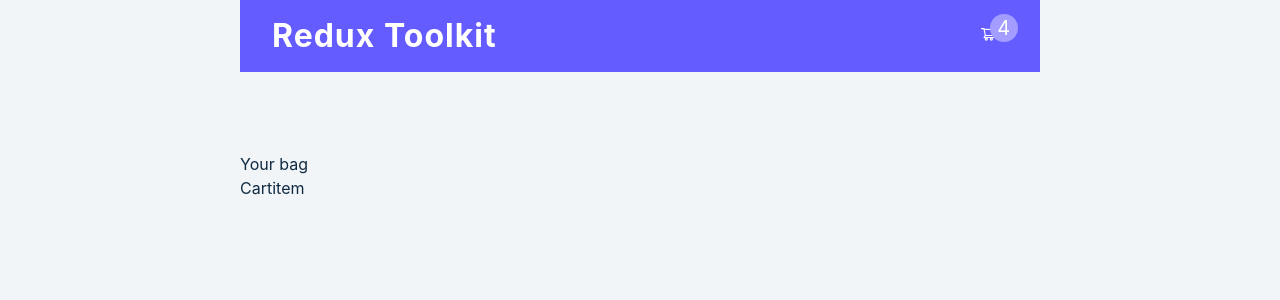
Repository: Nurlan-Bakenbaev/ReduxToolit
Page: /
The author's editor kept a copy of each file at every save. The page is drawn from the files as they stood at one save, then again after a run of saves.
The browser window is 1280 px wide. The pictures show the whole page.
The project was rebuilt for these pictures with package versions that can differ from the ones it lists, and the page was loaded fresh each time.

Above is the page before, as saved 2023-11-08 16:40:24.

### src/index.js
import React from "react";
import { createRoot } from "react-dom/client";
import "./index.css";
import App from "./App";
import store from "./redux/store";
import { Provider } from "react-redux";
const container = document.getElementById("root");
const root = createRoot(container);

root.render(
  <React.StrictMode>
    <Provider store={store}>
      <App />
    </Provider>
  </React.StrictMode>
);

### src/index.css
/*
===============
Variables
===============
*/

:root {
  --clr-primary: #645cff;
  --clr-primary-dark: #282566;
  --clr-primary-light: #a29dff;
  --clr-grey-1: #102a42;
  --clr-grey-5: #617d98;
  --clr-grey-10: #f1f5f8;
  --clr-white: #fff;
  --clr-red-dark: hsl(360, 67%, 44%);
  --clr-red-light: hsl(360, 71%, 66%);
  --transition: all 0.3s linear;
  --spacing: 0.25rem;
  --radius: 0.25rem;
  --large-screen-width: 1170px;
  --small-screen-width: 90vw;
  --fixed-width: 50rem;
}
* {
  margin: 0;
  padding: 0;
  box-sizing: border-box;
}
body {
  font-family: -apple-system, BlinkMacSystemFont, 'Segoe UI', Roboto, Oxygen,
    Ubuntu, Cantarell, 'Open Sans', 'Helvetica Neue', sans-serif;
  background: var(--clr-grey-10);
  color: var(--clr-grey-1);
  line-height: 1.5;
  font-size: 0.875rem;
}
a {
  text-decoration: none;
}
img {
  width: 100%;
  display: block;
}
h1,
h2,
h3,
h4 {
  letter-spacing: var(--spacing);
  text-transform: capitalize;
  line-height: 1.25;
  margin-bottom: 0.75rem;
}
h1 {
  font-size: 3rem;
}
h2 {
  font-size: 2rem;
}
h3 {
  font-size: 1.5rem;
}
h4 {
  font-size: 0.875rem;
}
p {
  margin-bottom: 1.25rem;
}
@media screen and (min-width: 800px) {
  h1 {
    font-size: 4rem;
  }
  h2 {
    font-size: 2.5rem;
  }
  h3 {
    font-size: 2rem;
  }
  h4 {
    font-size: 1rem;
  }
  body {
    font-size: 1rem;
  }
  h1,
  h2,
  h3,
  h4 {
    line-height: 1;
  }
}
/* more global css */

.btn {
  text-transform: uppercase;
  background: var(--clr-primary);
  color: var(--clr-white);
  padding: 0.375rem 0.75rem;
  letter-spacing: var(--spacing);
  display: inline-block;
  font-weight: 700;
  transition: var(--transition);
  font-size: 0.875rem;
  border: none;
  cursor: pointer;
  box-shadow: 0 1px 3px rgba(0, 0, 0, 0.2);
}
.btn:hover {
  color: var(--clr-primary);
  background: var(--clr-primary-light);
}

/*
===============
Navbar
===============
*/
.loading {
  text-align: center;
  margin-top: 5rem;
}
nav {
  background: var(--clr-primary);
  padding: 1.25rem 2rem;
}
.nav-center {
  max-width: var(--fixed-width);
  width: 100%;
  margin: 0 auto;
  display: flex;
  justify-content: space-between;
  align-items: center;
}
nav h3 {
  margin-bottom: 0;
  letter-spacing: 1px;
  color: var(--clr-white);
}
.nav-container {
  display: block;
  position: relative;
}

nav svg {
  width: 40px;
  color: var(--clr-white);
}
.amount-container {
  position: absolute;
  top: -0.6rem;
  right: -0.6rem;
  width: 1.75rem;
  height: 1.75rem;
  border-radius: 50%;
  background: var(--clr-primary-light);
  display: flex;
  align-items: center;
  justify-content: center;
}
.total-amount {
  color: var(--clr-white);
  margin-bottom: 0;
  font-size: 1.25rem;
}
/*
===============
Cart
===============
*/
.cart {
  min-height: calc(100vh - 120px);
  width: 90vw;
  margin: 0 auto;
  margin-top: 40px;
  padding: 2.5rem 0;
  max-width: var(--fixed-width);
}
.cart h2 {
  text-transform: uppercase;
  text-align: center;
  margin-bottom: 3rem;
}
.empty-cart {
  text-transform: lowercase;
  color: var(--clr-grey-5);
  margin-top: 1rem;
  text-align: center;
}
.cart footer {
  margin-top: 4rem;
  text-align: center;
}
.cart-total h4 {
  text-transform: capitalize;
  display: flex;
  justify-content: space-between;
  margin-top: 1rem;
}
.clear-btn,
.confirm-btn {
  background: transparent;
  padding: 0.5rem 1rem;
  color: var(--clr-red-dark);
  border: 1px solid var(--clr-red-dark);
  margin-top: 2.25rem;
  border-radius: var(--radius);
}
.clear-btn:hover {
  background: var(--clr-red-light);
  color: var(--clr-red-dark);
  border-color: var(--clr-red-light);
}
.confirm-btn {
  border-color: var(--clr-primary);
  color: var(--clr-primary);
}
/*
===============
Cart Item
===============
*/
.cart-item {
  display: grid;
  align-items: center;
  grid-template-columns: auto 1fr auto;
  grid-column-gap: 1.5rem;
  margin: 1.5rem 0;
}
.cart-item img {
  width: 5rem;
  height: 5rem;
  object-fit: cover;
}
.cart-item h4 {
  margin-bottom: 0.5rem;
  font-weight: 500;
  letter-spacing: 2px;
}
.item-price {
  color: var(--clr-grey-5);
}
.remove-btn {
  color: var(--clr-primary);
  letter-spacing: var(--spacing);
  cursor: pointer;
  font-size: 0.85rem;
  background: transparent;
  border: none;
  margin-top: 0.375rem;
  transition: var(--transition);
}
.remove-btn:hover {
  color: var(--clr-primary-light);
}
.amount-btn {
  width: 24px;
  background: transparent;
  border: none;
  cursor: pointer;
}
.amount-btn svg {
  color: var(--clr-primary);
}
.amount-btn:hover svg {
  color: var(--clr-primary-light);
}
.amount {
  text-align: center;
  margin-bottom: 0;
  font-size: 1.25rem;
  line-height: 1;
}
hr {
  background: var(--clr-grey-5);
  border-color: transparent;
  border-width: 0.25px;
}

.modal-container {
  position: fixed;
  top: 0;
  left: 0;
  width: 100%;
  height: 100%;
  background: rgba(0, 0, 0, 0.7);
  z-index: 10;
  display: flex;
  align-items: center;
  justify-content: center;
}

.modal {
  background: var(--clr-white);
  width: 80vw;
  max-width: 400px;
  border-radius: var(--radius);
  padding: 2rem 1rem;
  text-align: center;
}
.modal h4 {
  margin-bottom: 0;
  line-height: 1.5;
}
.modal .clear-btn,
.modal .confirm-btn {
  margin-top: 1rem;
}
.btn-container {
  display: flex;
  justify-content: space-around;
}

### src/App.js
import React from "react";
import Navbar from "./components/Navbar";
import CartContainer from "./components/CartContainer";
function App() {
  return (
    <div>
      <Navbar />
      <CartContainer />
    </div>
  );
}
export default App;

### src/redux/store.js
import { configureStore } from "@reduxjs/toolkit";
import cartReducer from "./features/cartSlice";
const store = configureStore({
  reducer: {
    cart: cartReducer },
});
export default store;

### src/components/Navbar.js
import React from "react";
import { AiOutlineShoppingCart } from "react-icons/ai";
import { useSelector } from "react-redux";
const Navbar = () => {
  const { amount } = useSelector((store) => store.cart);
  console.log(useSelector((store) => store.cart[0]));
  return (
    <nav className="nav-center">
      <h3> Redux Toolkit</h3>
      <div className="nav-container">
        <AiOutlineShoppingCart />
        <div className="amount-container">
          <p className="total-amount">{amount}</p>
        </div>
      </div>
    </nav>
  );
};
export default Navbar;

### src/components/CartContainer.js
import React from "react";
import Cartitem from "./Cartitem";
import { useSelector } from "react-redux";

const CartContainer = () => {
  const { cartitem, total, amount } = useSelector((state) => state.cart);
  if (amount < 1) {
    return (
      <section className="cart">
        <header>
          <h2>Your Bag </h2>
          <h4 className="empty-cart">is currently empty</h4>
        </header>
      </section>
    );
  }
  return (
    <section className="cart">
        <header>Your bag</header>
      <Cartitem />
    </section>
  );
};

export default CartContainer;

### src/redux/features/cartSlice.js
import { createSlice } from "@reduxjs/toolkit";
import cartItems from "../../cartItems";
const initialState = {
  cartItems: cartItems,
  amount: 4,
  total: 0,
  isLoading: true,
};
const cartSlice = createSlice({
  name: "cart",
  initialState,
});
export default cartSlice.reducer;

### src/components/Cartitem.js
import React from 'react'

 const Cartitem = () => {
  return (
    <div>Cartitem</div>
  )
}
export default Cartitem

### src/cartItems.js
const cartItems = [
  {
    id: 'rec1JZlfCIBOPdcT2',
    title: 'Samsung Galaxy S8',
    price: '399.99',
    img: 'https://images2.imgbox.com/c2/14/zedmXgs6_o.png',
    amount: 1,
  },
  {
    id: 'recB6qcHPxb62YJ75',
    title: 'google pixel',
    price: '499.99',
    img: 'https://images2.imgbox.com/fb/3d/O4TPmhlt_o.png',
    amount: 1,
  },
  {
    id: 'recdRxBsE14Rr2VuJ',
    title: 'Xiaomi Redmi Note 2',
    price: '699.99',
    img: 'https://images2.imgbox.com/4f/3d/WN3GvciF_o.png',
    amount: 1,
  },
  {
    id: 'recwTo160XST3PIoW',
    title: 'Samsung Galaxy S7',
    price: '599.99 ',
    img: 'https://images2.imgbox.com/2e/7c/yFsJ4Zkb_o.png',
    amount: 1,
  },
];
export default cartItems;

Loaded but not shown: public/index.html (common file)

After the next 3 saves:
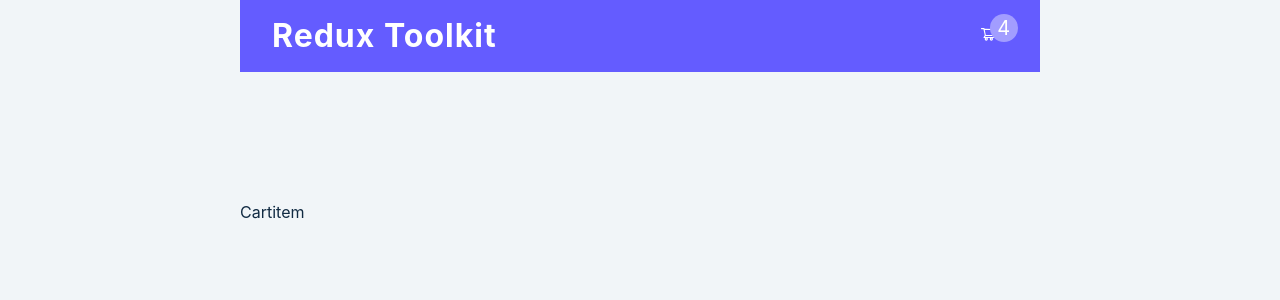
The 3 saves are shown as one change because they came seconds apart.
The last was saved 12 s later.
--- a/src/components/CartContainer.js
+++ b/src/components/CartContainer.js
@@ -16,7 +16,7 @@
   }
   return (
     <section className="cart">
-        <header>Your bag</header>
+        <header><h2></h2></header>
       <Cartitem />
     </section>
   );
